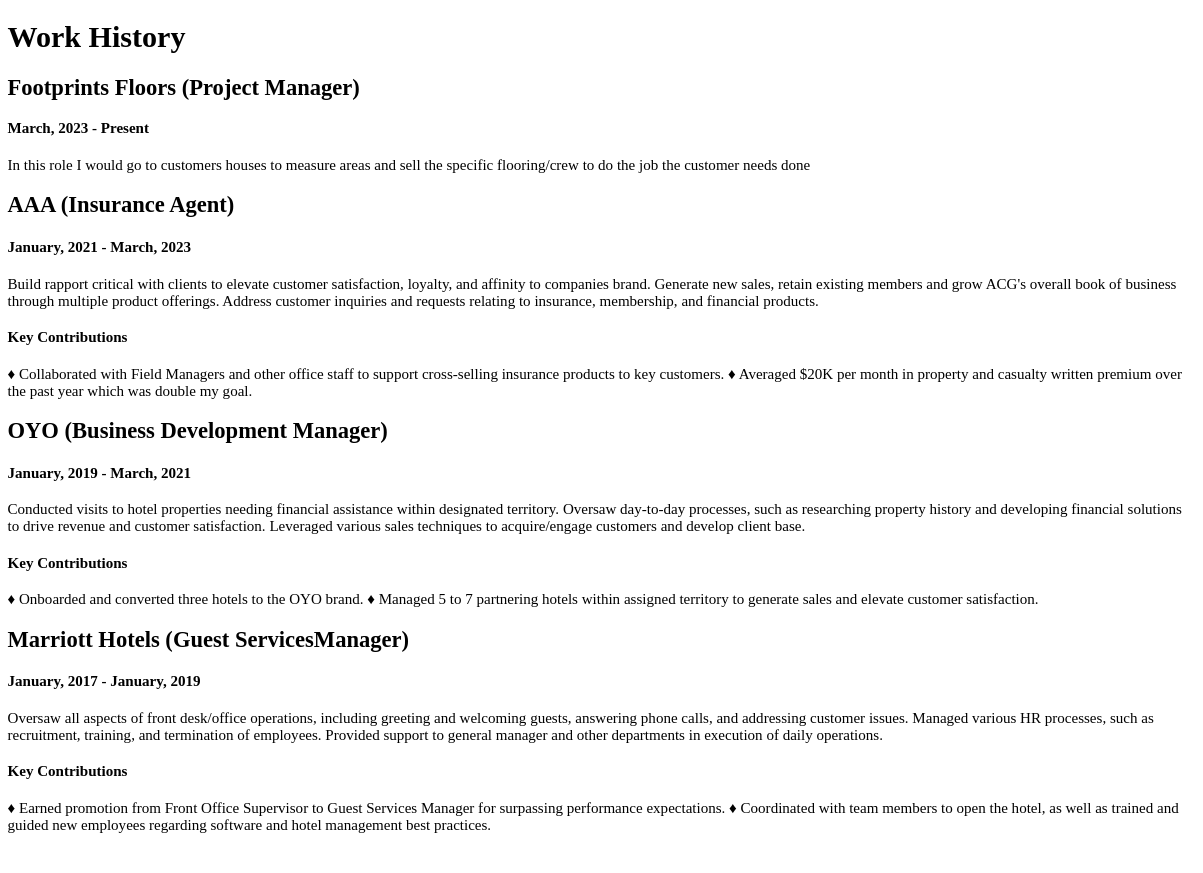
Repository: TEazy2433/LAB-HTML-Resume
Page: index.html
The author's editor kept a copy of each file at every save. The page is drawn from the files as they stood at one save, then again after the next save.
The browser window is 1280 px wide. The pictures show the whole page, at 94% of full size.

Above is the page before, as saved 2023-10-11 20:07:08.

After the next save:
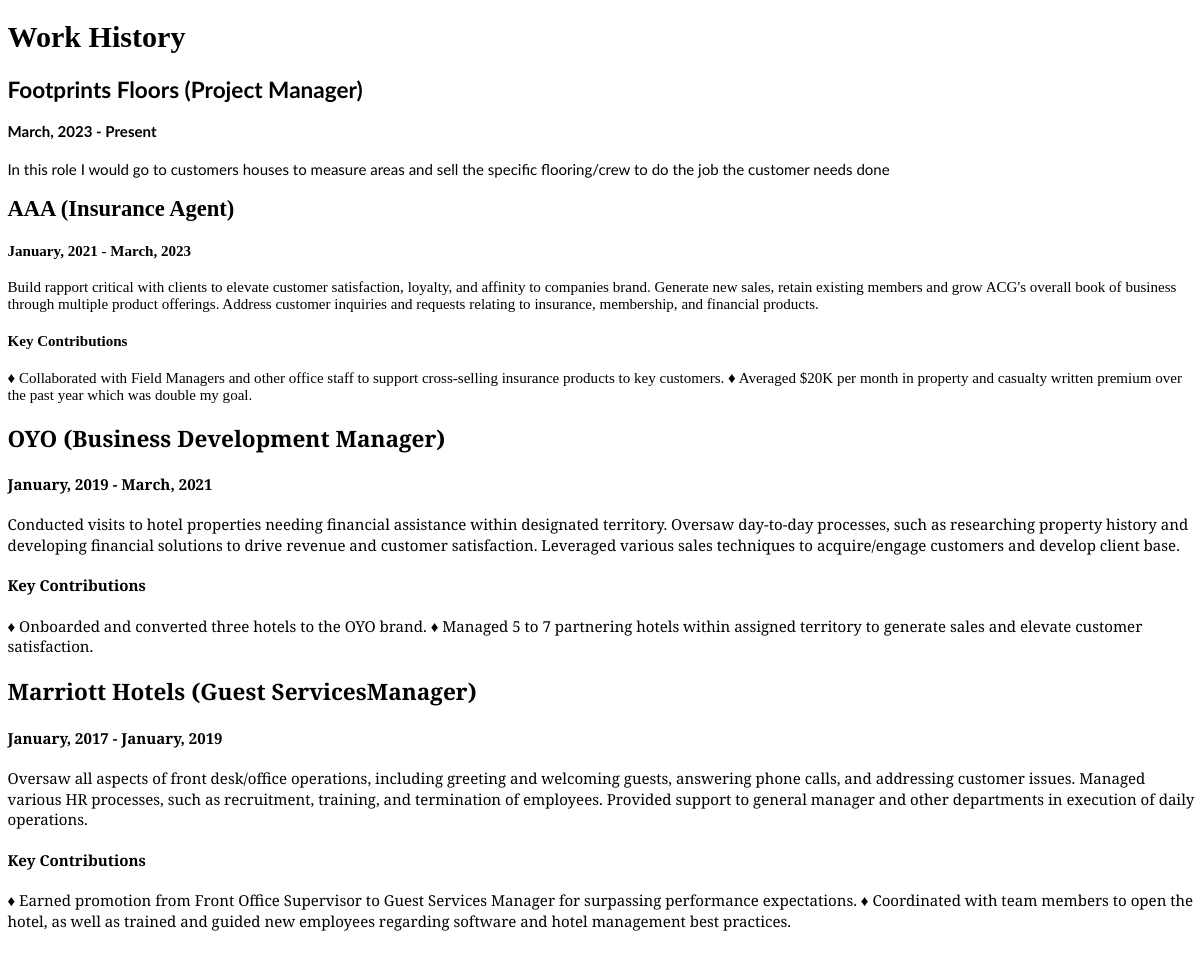
Saved 80 s later.
--- a/main.css
+++ b/main.css
@@ -1,3 +1,15 @@
+#articleOne{
+  font-family: 'Gill Sans', 'Gill Sans MT', Calibri, 'Trebuchet MS', sans-serif;
+}
+
 #articleTwo{
   font-family: cursive;
 }
+
+#articleThree{
+  font-family: Georgia, 'Times New Roman', Times, serif;
+}
+
+articleFour{
+  font-family: 'Lucida Sans', 'Lucida Sans Regular', 'Lucida Grande', 'Lucida Sans Unicode', Geneva, Verdana, sans-serif;
+}
